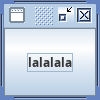
Repository: raul-villalva/laboratorio_2013
Program's window: java Practica4/src/Ventana/Ventana.java
The author's editor kept a copy of each file at every save. The program's window is drawn from the files as they stood at one save, then again after the next save.
It runs on Java 21 on a 1366 x 768 screen with the Metal look.

Above is the program's window before, as saved 2013-09-26 17:29:40.

### Practica4/src/Ventana/Ventana.java
package Ventana;

import java.awt.BorderLayout;

import javax.swing.JButton;
import javax.swing.JFrame;
import javax.swing.JPanel;

public class Ventana extends JFrame {

	/**
	 *
	 */
	private static final long serialVersionUID = 1L;


	public Ventana(){

		setSize(100,100);

		JPanel panel= new JPanel();
		JButton boton = new JButton("lalalala");


		add(boton,BorderLayout.CENTER);

	}


	public static void main(String[] args) {
	    Ventana ven = new Ventana();
	    ven.setVisible(true);
	}

}

After the next save:
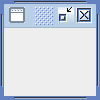
Saved 5 s later.
--- a/Practica4/src/Ventana/Ventana.java
+++ b/Practica4/src/Ventana/Ventana.java
@@ -22,7 +22,7 @@
 		JButton boton = new JButton("lalalala");
 
 
-		add(boton,BorderLayout.CENTER);
+		add(panel,BorderLayout.CENTER);
 
 	}
 
